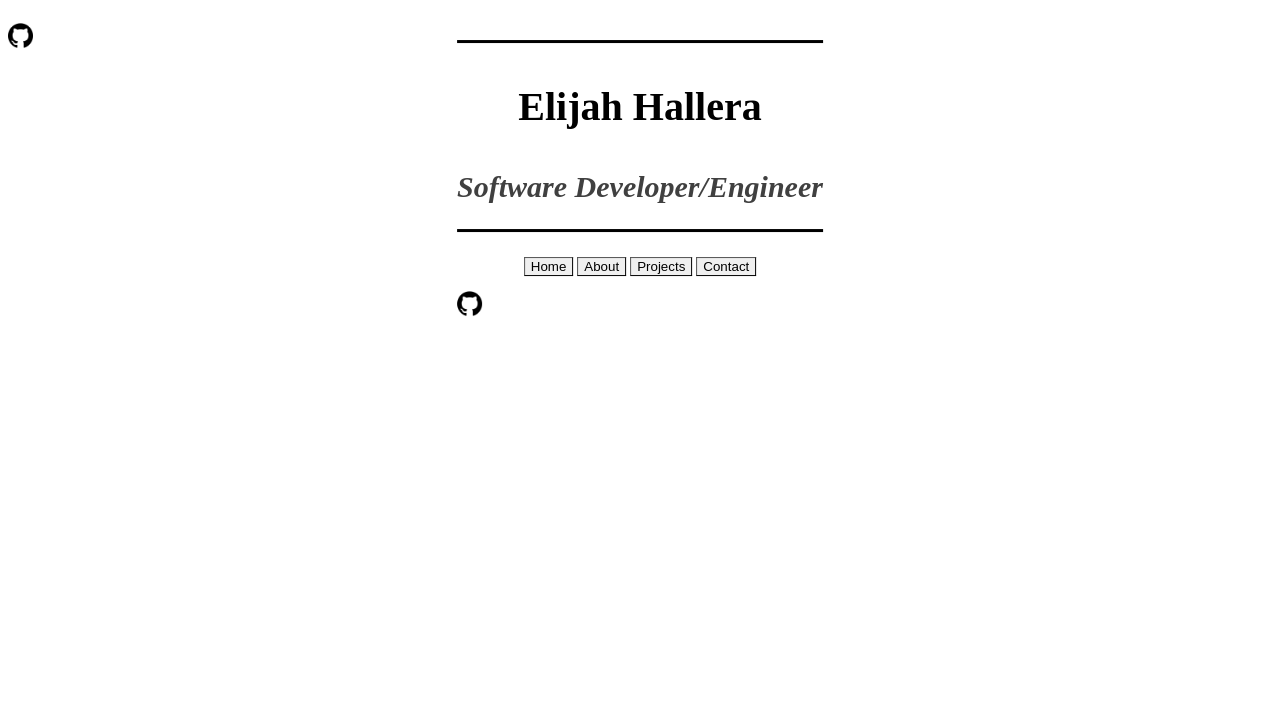
Repository: ElijahHallera/ElijahHallera.github.io
Page: http://localhost/
The author's editor kept a record of every edit. The page is drawn from the files as they stood at one moment, then again after the next edit.
The browser window is 1280 px wide. The pictures show the whole page.
The page is served by the project's Node server (index.js).

Above is the page before.

After the next edit:
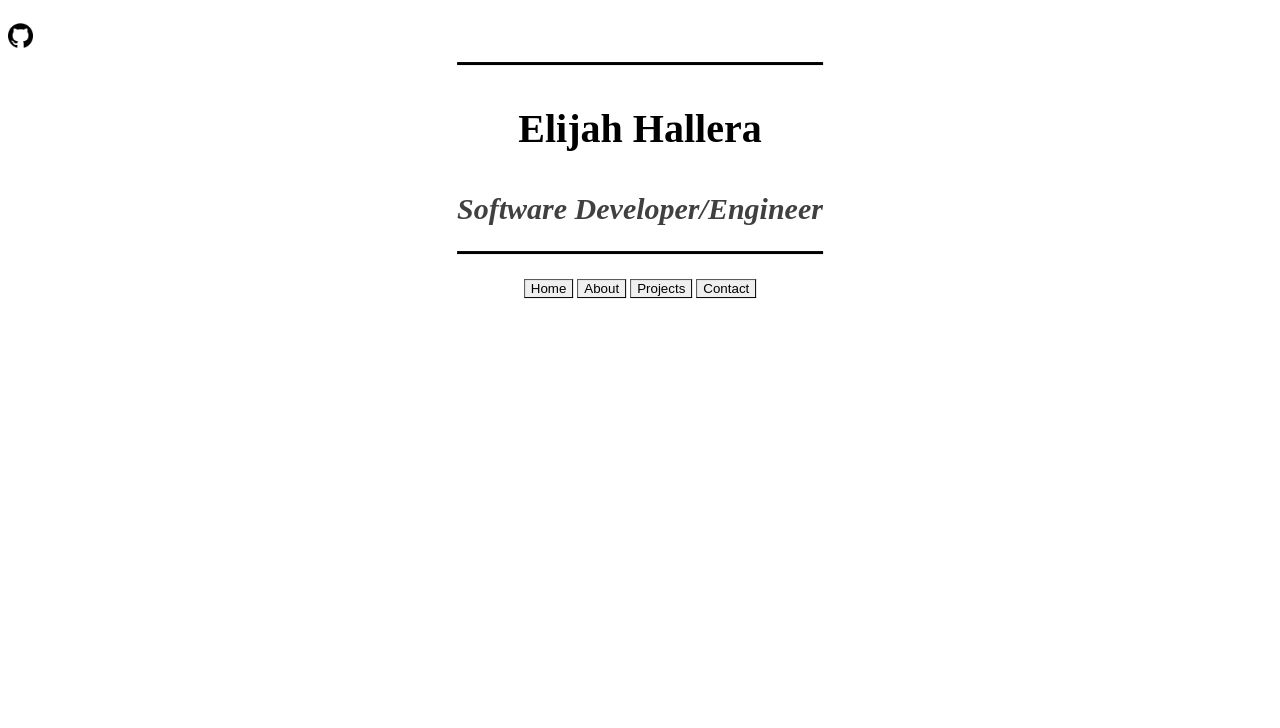
The edit:
--- a/views/Homepage.ejs
+++ b/views/Homepage.ejs
@@ -14,10 +14,6 @@
 			<a href= "/projects"> <button class="button btn btn-default"> Projects </button></a>
 			<a href= "/contact"><button class="button btn btn-default"> Contact </button></a>
 		</nav>
-
-		<a  href="https://github.com/ElijahHallera"> <img class="gitIcon" src="images/git2.png"></a>
-
-
 	</div>
 
 	<a  href="https://github.com/ElijahHallera"> <img class="gitIcon" src="images/git2.png"></a>
